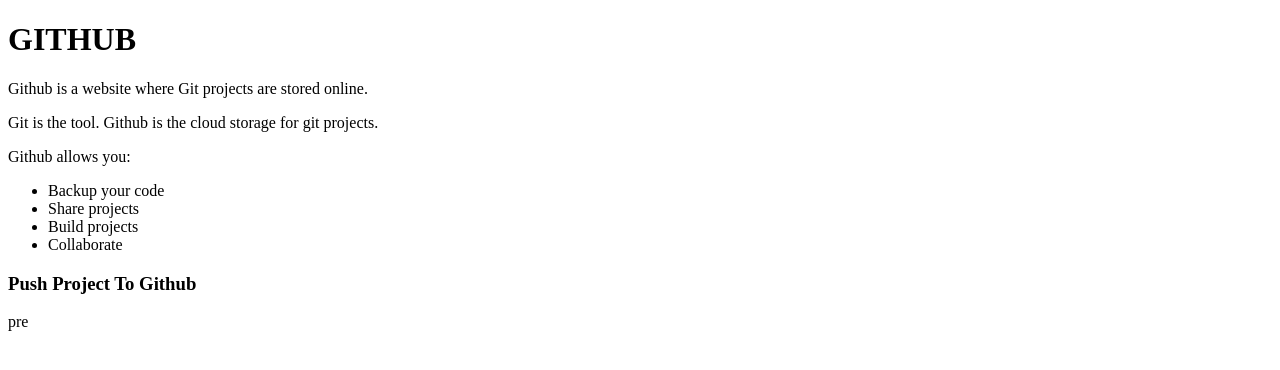
Repository: brownsonjoy1811/GitandGithub
Page: github.html
These files come from the project's save history. The page is drawn as it stood at one moment and after the next save; the edit follows.
The browser window is 1280 px wide. The pictures show the whole page.

Above is the page before, as saved 2026-06-16 16:26:20.

### github.html
<!DOCTYPE html>
<html lang="en">
<head>
    <meta charset="UTF-8">
    <meta name="viewport" content="width=device-width, initial-scale=1.0">
    <title>Document</title>
</head>
<body>
    <h1>GITHUB</h1>
    <p>Github is a website where Git projects are stored online.</p>

    <p>Git is the tool. Github is the cloud storage for git projects.</p>

    <p>Github allows you: </p>
    <ul>
        <li>Backup your code</li>
        <li>Share projects</li>
        <li>Build projects</li>
        <li>Collaborate</li>
    </ul>


    <h3>Push Project To Github</h3>
    pre
</body>
</html>

After the next save:
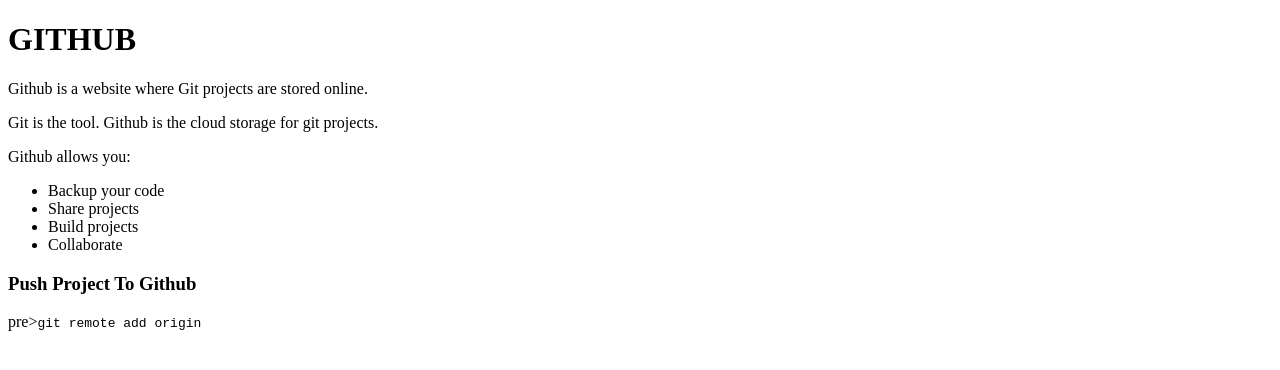
Saved 12 s later.
--- a/github.html
+++ b/github.html
@@ -21,6 +21,6 @@
 
 
     <h3>Push Project To Github</h3>
-    pre
+    pre><code>git remote add origin
 </body>
 </html>
